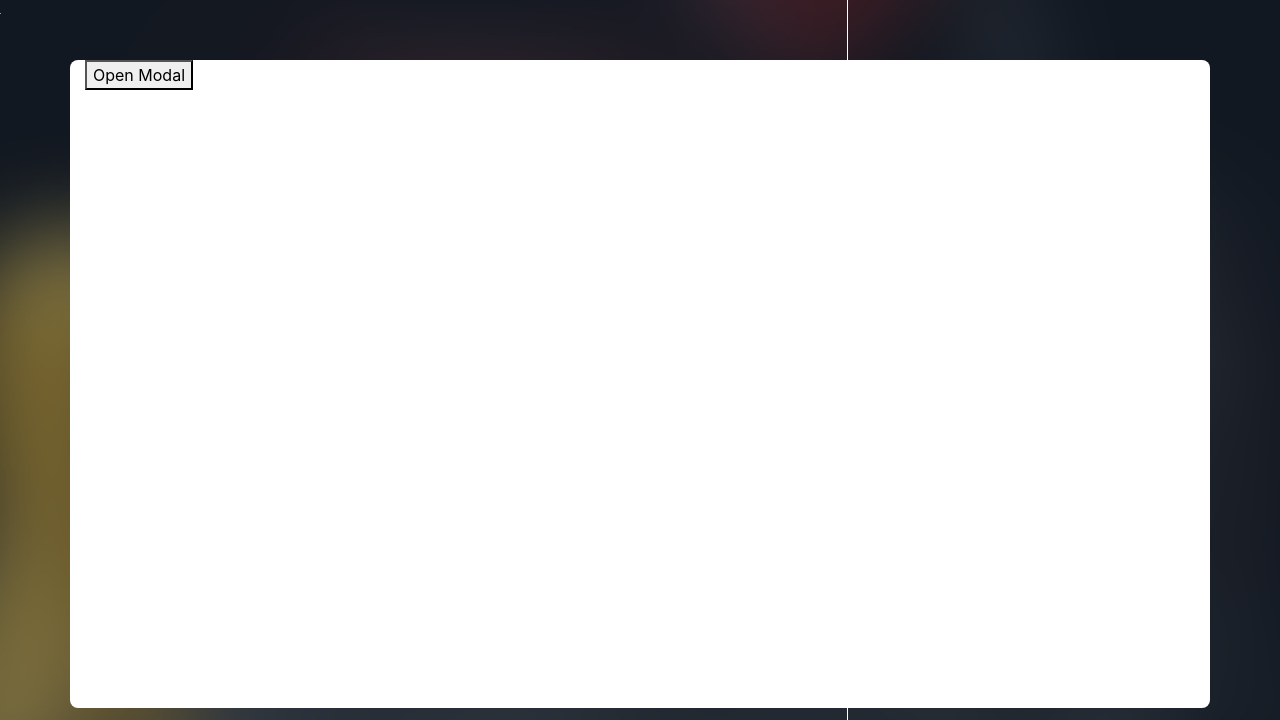
Repository: Yondo202/svProject
Page: /
These files come from the project's save history. The page is drawn as it stood at one moment and after the next save; the edit follows.
The browser window is 1280 px wide. The pictures show the whole page.
The project was rebuilt for these pictures with package versions that can differ from the ones it lists, and the page was loaded fresh each time. The framework's server and built-in components were replaced by stand-ins that run in the browser. Also part of the build but not shown: next.config.js, style/style.scss.

Above is the page before, as saved 2020-11-18 17:56:21.

After the next save:
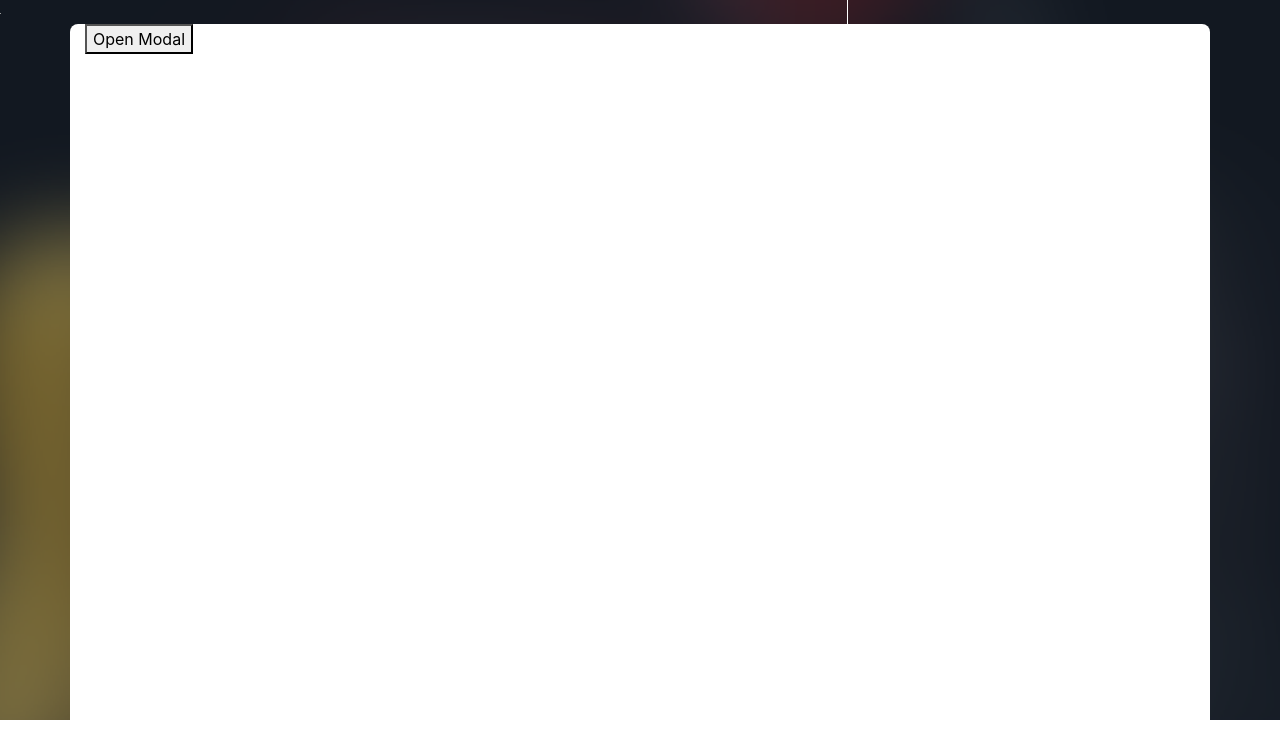
Saved 4 min 36 s later.
--- a/components/Forms.js
+++ b/components/Forms.js
@@ -62,8 +62,8 @@ export default Forms
 
 
 const Conainer = styled.div`
-    height:90vh;
-    margin-top:5vh;
+    height:100vh;
+    // margin-top:5vh;
     border-radius:8px;
     z-index:0;
 `
